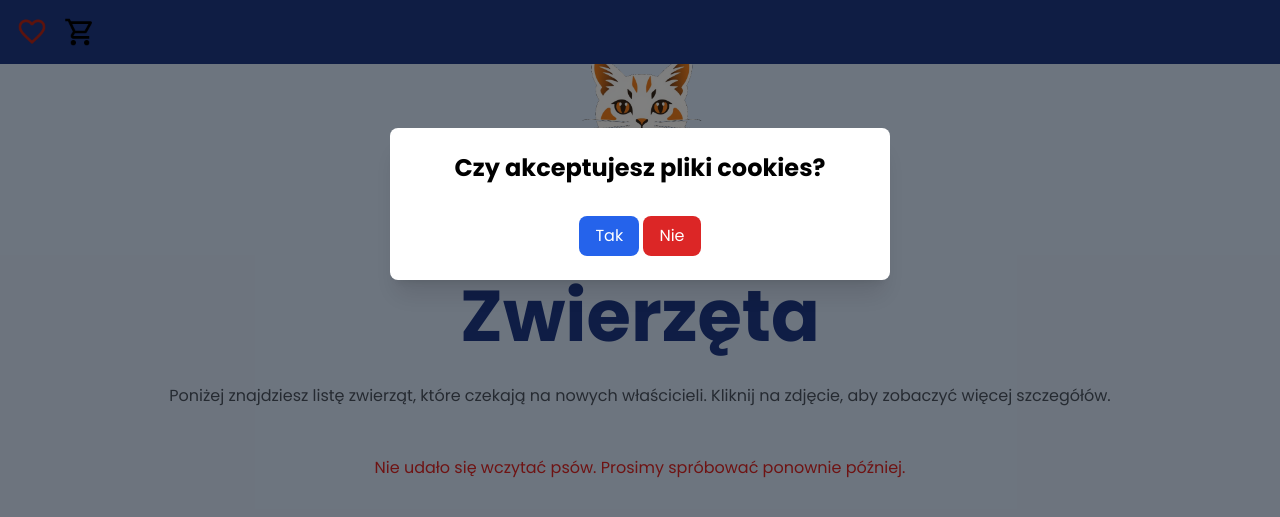
Repository: JMatuszczakk/CWLBD
Page: frontend_public/index.html
These files come from the project's save history. The page is drawn as it stood at one moment and after the next save; the edit follows.
The browser window is 1280 px wide. The pictures show the whole page.
The page's requests for data from a server got no answer. Some web libraries are served in a nearby version.

Above is the page before, as saved 2025-02-07 22:45:59.
Console error: TypeError: Cannot read properties of null (reading 'addEventListener')

After the next save:
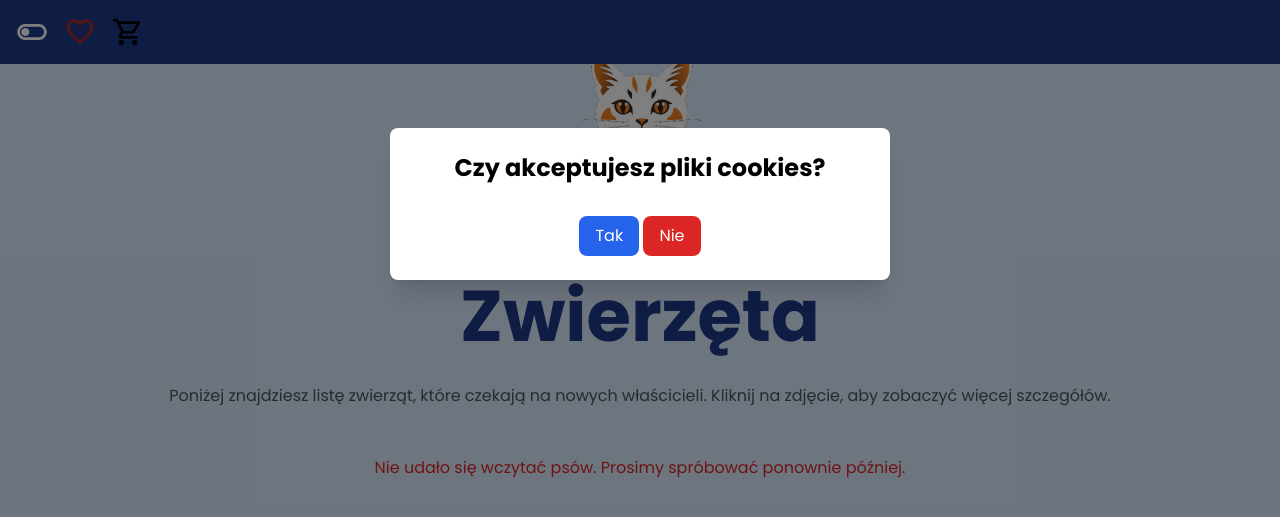
The error is gone.
Saved 2 min 58 s later.
--- a/frontend_public/index.html
+++ b/frontend_public/index.html
@@ -140,6 +140,9 @@
     <div id="top-bar">
         <div class="flex justify-between items-center p-4 bg-blue-900 text-white">
             <div class="flex space-x-4">
+                <button>
+                    <img src="/zmiana_b.png" alt="Tryb ciemny/jasny" class="w-8 h-auto" id="toggle-image">
+                </button>
                 <button>
                     <img src="/serce1.png" alt="Serce" class="w-8 h-auto" id="favorite-icon">
                 </button>
